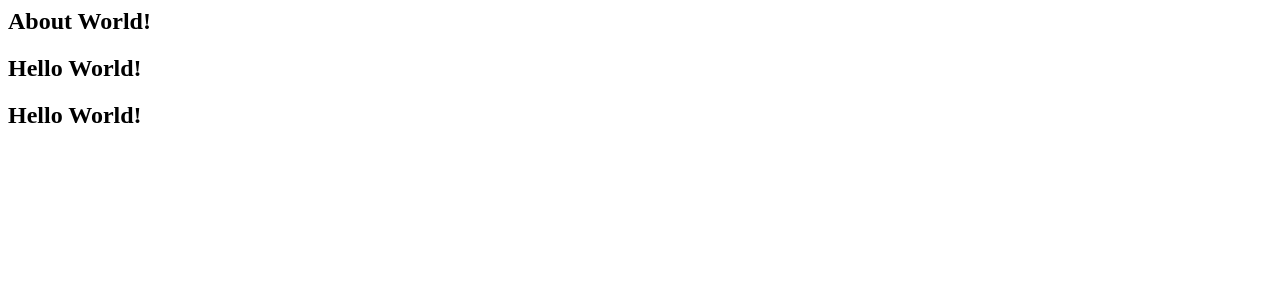
Repository: ashokthombre/Practice-projects
Page: http://localhost/springmvc/about
An editor plug-in stored every save of this project. The page is shown before and after the next save, followed by the edit.
The browser window is 1280 px wide. The pictures show the whole page.
The page is served by Tomcat 9. Other server files are loaded and not shown.

Above is the page before, as saved 2024-09-02 15:17:55.

### springmvc/src/main/webapp/WEB-INF/spring-servlet.xml
<?xml version="1.0" encoding="UTF-8"?>
<beans xmlns="http://www.springframework.org/schema/beans"
       xmlns:xsi="http://www.w3.org/2001/XMLSchema-instance"
       xmlns:context="http://www.springframework.org/schema/context"
       xmlns:p="http://www.springframework.org/schema/p"
       xmlns:util="http://www.springframework.org/schema/util"

       xsi:schemaLocation="http://www.springframework.org/schema/beans
            http://www.springframework.org/schema/beans/spring-beans.xsd
            http://www.springframework.org/schema/context
            http://www.springframework.org/schema/context/spring-context.xsd">

    <context:component-scan base-package="com.springmvc.controller"/>

    <bean class=" org.springframework.web.servlet.view.InternalResourceViewResolver" name="viewResolver">
        <property name="prefix" value="/WEB-INF/views/"/>
        <property name="suffix" value=".jsp"/>
    </bean>


</beans>

### springmvc/src/main/webapp/WEB-INF/views/about.jsp

<body>
<h2>About World!</h2>
<h2>Hello World!</h2>
<h2>Hello World!</h2>

<%


%>
</body>

### springmvc/src/main/java/com/springmvc/controller/HomeController.java
package com.springmvc.controller;

import org.springframework.stereotype.Controller;
import org.springframework.ui.Model;
import org.springframework.web.bind.annotation.RequestMapping;
import org.springframework.web.servlet.ModelAndView;

@Controller
public class HomeController {

    @RequestMapping("/home")
   public String home(Model model)
{
    model.addAttribute("name","Ashoka");
    System.out.println("home");
    return "index";
}


@RequestMapping("/about")
public String about()
{
    System.out.println("this is about");
    return "about";
}

@RequestMapping("/help")
public ModelAndView help()
{

	ModelAndView modelAndView=new ModelAndView();
	modelAndView.addObject("name","ashoka");
	modelAndView.setViewName("help");

	return modelAndView;

}
}

After the next save:
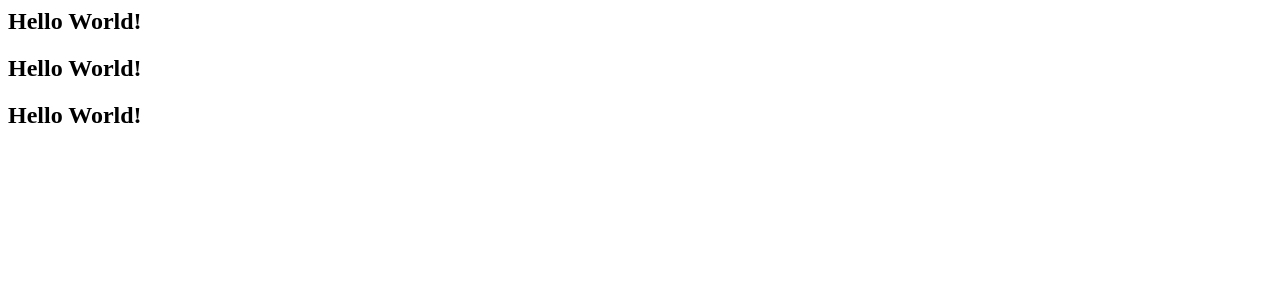
Saved 27 s later.
--- a/springmvc/src/main/webapp/WEB-INF/views/about.jsp
+++ b/springmvc/src/main/webapp/WEB-INF/views/about.jsp
@@ -1,11 +1,10 @@
+
+
+<%@ page language="java" contentType="text/html; charset=UTF-8" pageEncoding="UTF-8"%>
 
 <body>
-<h2>About World!</h2>
+<h2>Hello World!</h2>
 <h2>Hello World!</h2>
 <h2>Hello World!</h2>
 
-<%
-
-
-%>
 </body>
